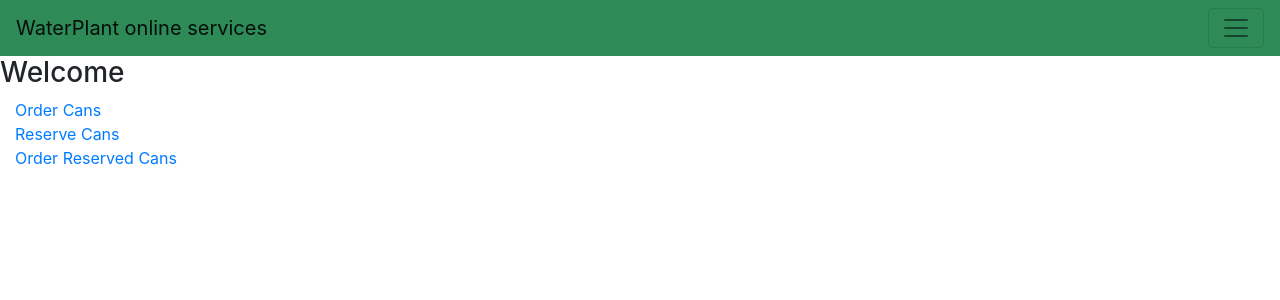
Repository: SHARMILAG97/WebApplication
Page: http://localhost/waterplant_web/useroperations.jsp
The author's editor kept a copy of each file at every save. The page is drawn from the files as they stood at one save, then again after the next save.
The browser window is 1280 px wide. The pictures show the whole page.
The page is served by Tomcat 9.

Above is the page before, as saved 2019-09-17 09:12:18.
Console error: TypeError: Cannot read properties of undefined (reading 'fn')

After the next save:
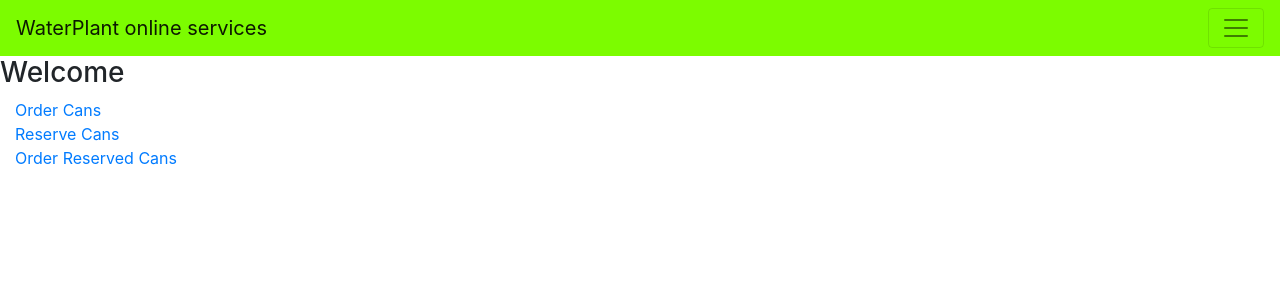
Saved 56 s later.
--- a/waterplant_web/src/main/webapp/headers.jsp
+++ b/waterplant_web/src/main/webapp/headers.jsp
@@ -1,5 +1,5 @@
 
-<nav class="navbar navbar-light" style="background-color: #2E8B57;">
+<nav class="navbar navbar-light" style="background-color: #7CFC00;">
  <a class="navbar-brand" href="index.jsp">WaterPlant online services</a>
  <button class="navbar-toggler" type="button" data-toggle="collapse" data-target="#navbarCollapse" aria-controls="navbarCollapse" aria-expanded="false" aria-label="Toggle navigation">
    <span class="navbar-toggler-icon"></span>
